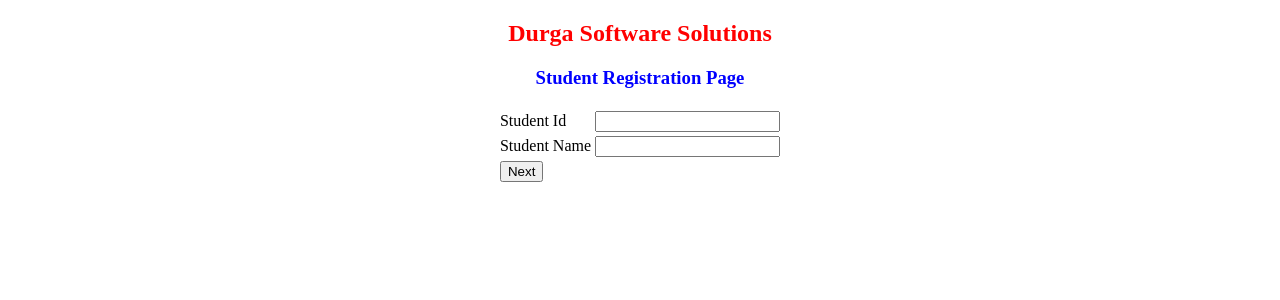
Repository: pranalivm/Servlets
Page: app30/src/main/webapp/form1.html
These files come from the project's save history. The page is drawn as it stood at one moment and after the next save; the edit follows.
The browser window is 1280 px wide. The pictures show the whole page.

Above is the page before, as saved 2023-02-16 06:00:35.

After the next save:
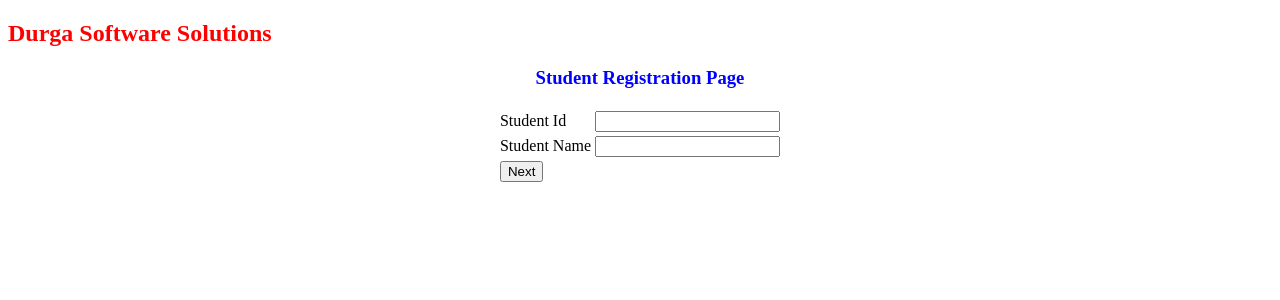
Saved 47 s later.
--- a/app30/src/main/webapp/form1.html
+++ b/app30/src/main/webapp/form1.html
@@ -5,7 +5,7 @@
 <title>Insert title here</title>
 </head>
 <body>
-<h2 style="color: red; " align="center" > Durga Software Solutions</h2>
+<h2 style="color: red; " align="left" > Durga Software Solutions</h2>
 <h3 style="color: blue ;" align="center" >Student  Registration Page</h3>
 
 <form method ="POST" action="./first" >

After the save that followed:
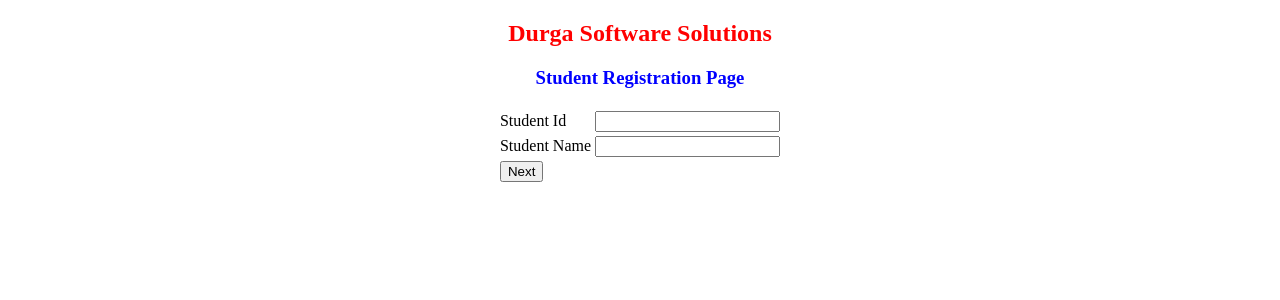
Saved 37 s later.
--- a/app30/src/main/webapp/form1.html
+++ b/app30/src/main/webapp/form1.html
@@ -5,7 +5,7 @@
 <title>Insert title here</title>
 </head>
 <body>
-<h2 style="color: red; " align="left" > Durga Software Solutions</h2>
+<h2 style="color: red; " align="center" > Durga Software Solutions</h2>
 <h3 style="color: blue ;" align="center" >Student  Registration Page</h3>
 
 <form method ="POST" action="./first" >
